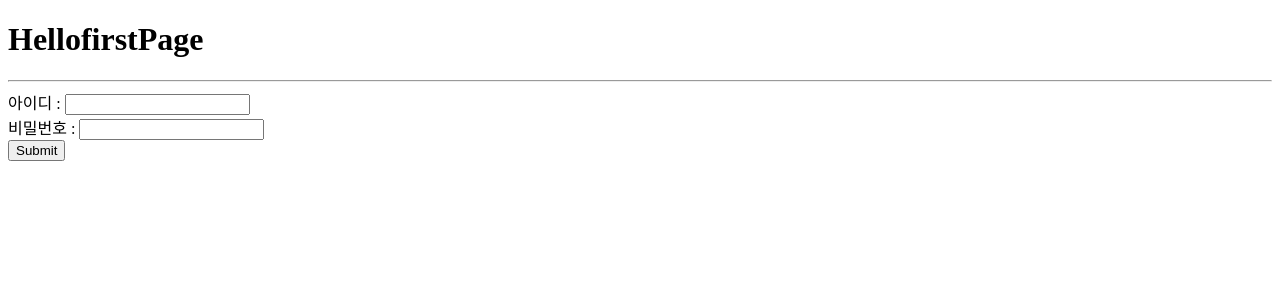
Repository: papepopopy/javascript
Page: jspStudy/jspStudy/webjsp/src/main/webapp/HellofirstPage.html
The author's editor kept a copy of each file at every save. The page is drawn from the files as they stood at one save, then again after the next save.
The browser window is 1280 px wide. The pictures show the whole page.

Above is the page before, as saved 2024-06-26 01:55:45.

### jspStudy/jspStudy/webjsp/src/main/webapp/HellofirstPage.html
<!DOCTYPE html>
<html lang="en">
<head>
    <meta charset="UTF-8">
    <meta name="viewport" content="width=device-width, initial-scale=1.0">
    <title>Document</title>
</head>
<body>
    <h1>HellofirstPage</h1>
    <hr>
    <form>
    	<div>
	    	<label>아이디 : </label>
	    	<input type="text" name="user_id" class="">
    	</div>
    	<div>
	    	<label>비밀번호 : </label>
	    	<input type="password" name="user_pw" class="">
    	</div>
    	<div>
	    	<div>
	    		<input type="submit">
	    	</div>
    	</div>
    </form>
</body>
</html>

After the next save:
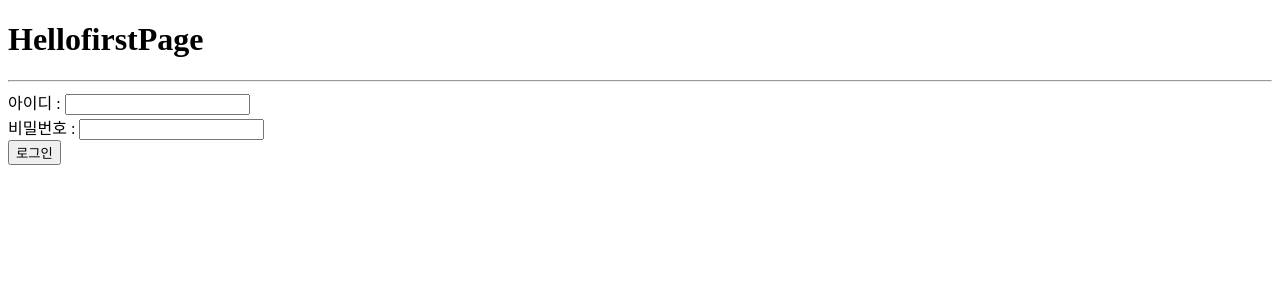
Saved 8 s later.
--- a/jspStudy/jspStudy/webjsp/src/main/webapp/HellofirstPage.html
+++ b/jspStudy/jspStudy/webjsp/src/main/webapp/HellofirstPage.html
@@ -19,7 +19,7 @@
     	</div>
     	<div>
 	    	<div>
-	    		<input type="submit">
+	    		<input type="submit" value="로그인" >
 	    	</div>
     	</div>
     </form>
